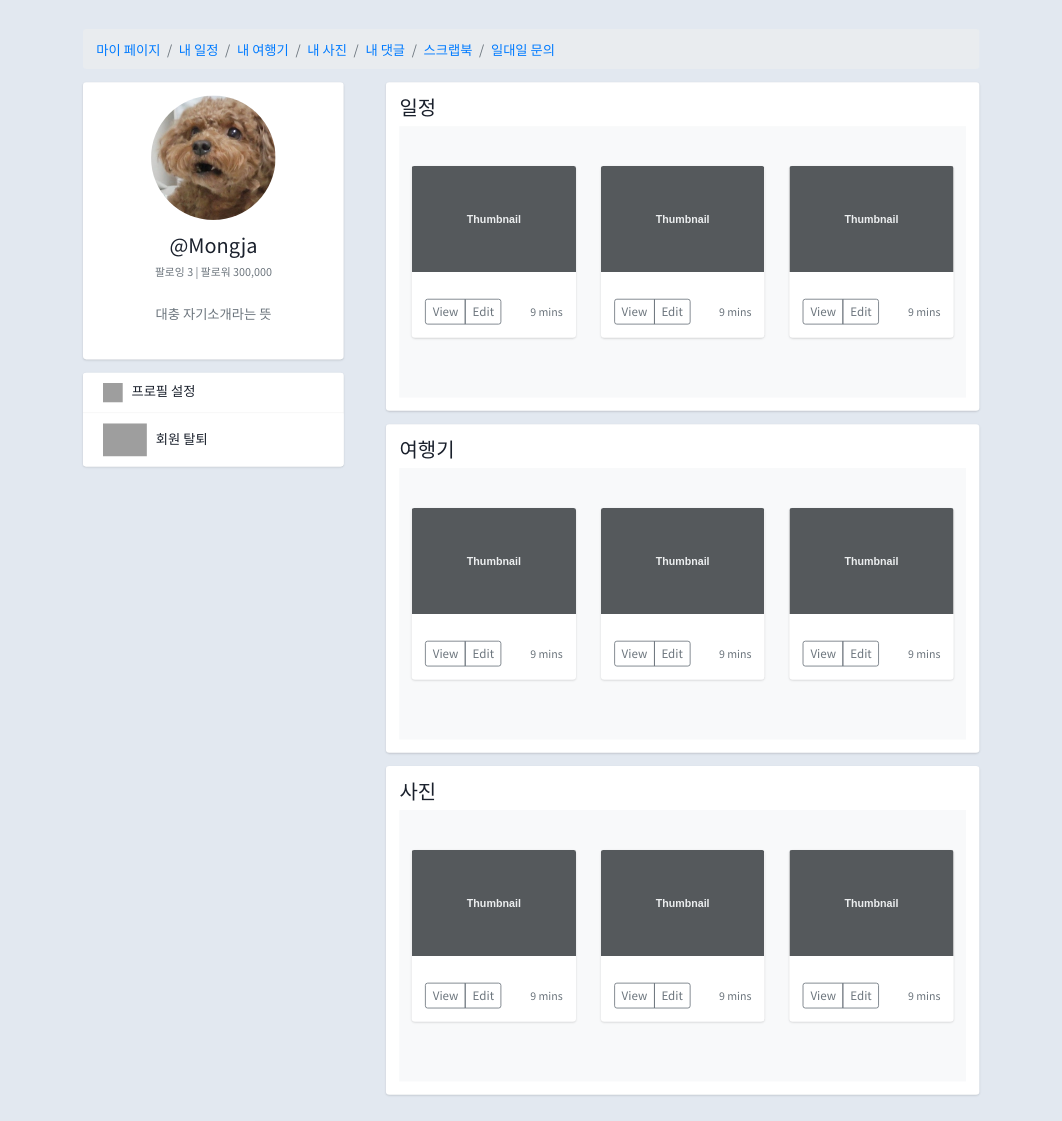
Repository: jangseohyun/LEGGO_2021
Page: http://localhost/PrjApp/Profile.jsp
The author's editor kept a copy of each file at every save. The page is drawn from the files as they stood at one save, then again after the next save.
The browser window is 1280 px wide. The pictures show the whole page, at 83% of full size.
Pictures or frames that could not be fetched are drawn as grey boxes. Some web libraries are served in a nearby version. The page is served by Tomcat 9. Other server files are loaded and not shown.

Above is the page before, as saved 2021-06-28 13:08:54.

### PrjApp/WebContent/Profile.jsp
<%@ page contentType="text/html; charset=UTF-8"%>
<%@ taglib prefix="c" uri="http://java.sun.com/jsp/jstl/core"%>
<%
	request.setCharacterEncoding("UTF-8");
String cp = request.getContextPath();
%>
<!DOCTYPE html>
<head>
<meta charset="utf-8">
<!--  This file has been downloaded from bootdey.com @bootdey on twitter -->
<!--  All snippets are MIT license http://bootdey.com/license -->
<title>ProfileTest.jsp</title>
<meta name="viewport" content="width=device-width, initial-scale=1">
<script src="https://code.jquery.com/jquery-1.10.2.min.js"></script>
<link
	href="https://cdn.jsdelivr.net/npm/bootstrap@4.4.1/dist/css/bootstrap.min.css"
	rel="stylesheet">
<script
	src="https://cdn.jsdelivr.net/npm/bootstrap@4.4.1/dist/js/bootstrap.bundle.min.js"></script>
<link rel="preconnect" href="https://fonts.googleapis.com">
<link rel="preconnect" href="https://fonts.gstatic.com" crossorigin>
<link
	href="https://fonts.googleapis.com/css2?family=Noto+Sans+KR:wght@400;700&display=swap"
	rel="stylesheet">
</head>
<body>
	<div class="container">
		<div class="main-body">

			<!-- 상단 메뉴 -->
			<nav aria-label="breadcrumb" class="main-breadcrumb">
				<ol class="breadcrumb">
					<li class="breadcrumb-item" aria-current="page"><a
						href="javascript:void(0)">마이 페이지</a></li>
					<li class="breadcrumb-item"><a href="">내 일정</a></li>
					<li class="breadcrumb-item"><a href="">내 여행기</a></li>
					<li class="breadcrumb-item"><a href="">내 사진</a></li>
					<li class="breadcrumb-item"><a href="">내 댓글</a></li>
					<li class="breadcrumb-item"><a href="">스크랩북</a></li>
					<li class="breadcrumb-item"><a href="">일대일 문의</a></li>
				</ol>
			</nav>

			<div class="row gutters-sm">
				<div class="col-md-4 mb-3">

					<!-- 프로필 -->
					<div class="card w-90">
						<div class="card-body">
							<div class="d-flex flex-column align-items-center text-center">
								<img src="images/profile_img_sample.jpg" alt="Admin"
									class="rounded-circle" width="150">
								<div class="mt-3">
									<h4>@Mongja</h4>
									<p class="text-secondary mb-1" style="font-size: 13px;">팔로잉
										3 | 팔로워 300,000</p>
									<br>
									<p class="text-secondary mb-1">대충 자기소개라는 뜻</p>
									<br>
									<!-- <button class="btn btn-primary">팔로우</button> -->
								</div>
							</div>
						</div>
					</div>

					<!-- 프로필 버튼 -->
					<div class="card mt-3 w-90">
						<ul class="list-group list-group-flush">
							<li class="list-group-item d-flex justify-content-between align-items-center flex-wrap">
								<h6 class="mb-0">
									&nbsp;<img
										src="https://image.flaticon.com/icons/png/512/3524/3524752.png"
										width="24" height="24">&nbsp;&nbsp;&nbsp;프로필 설정
								</h6>
							</li>
							<li class="list-group-item d-flex justify-content-between align-items-center flex-wrap">
								<h6 class="mb-0">
									&nbsp;<img
										src="https://image.flaticon.com/icons/png/512/2701/2701228.png"
										height="40">&nbsp;&nbsp;&nbsp;회원 탈퇴
								</h6>
							</li>
						</ul>
					</div>
				</div>

				<!-- 일정 -->
				<div class="col-md-8">
					<div class="card mb-3">
						<div class="card-body">
							<h4>일정</h4>
							<div class="album py-5 bg-light">
								<div class="container">

									<div class="row">
										<div class="col-md-4">
											<div class="card mb-4 box-shadow">
												<img class="card-img-top"
													data-src="holder.js/100px225?theme=thumb&amp;bg=55595c&amp;fg=eceeef&amp;text=Thumbnail"
													alt="Thumbnail [100%x225]"
													style="height: 100%; width: 100%; display: block;"
													src="data:[embedded picture, 710 characters]"
													data-holder-rendered="true">
												<div class="card-body">
													<p class="card-text"></p>
													<div
														class="d-flex justify-content-between align-items-center">
														<div class="btn-group">
															<button type="button"
																class="btn btn-sm btn-outline-secondary">View</button>
															<button type="button"
																class="btn btn-sm btn-outline-secondary">Edit</button>
														</div>
														<small class="text-muted">9 mins</small>
													</div>
												</div>
											</div>
										</div>
										<div class="col-md-4">
											<div class="card mb-4 box-shadow">
												<img class="card-img-top"
													data-src="holder.js/100px225?theme=thumb&amp;bg=55595c&amp;fg=eceeef&amp;text=Thumbnail"
													alt="Thumbnail [100%x225]"
													src="data:[embedded picture, 710 characters]"
													data-holder-rendered="true"
													style="height: 100%; width: 100%; display: block;">
												<div class="card-body">
													<p class="card-text"></p>
													<div
														class="d-flex justify-content-between align-items-center">
														<div class="btn-group">
															<button type="button"
																class="btn btn-sm btn-outline-secondary">View</button>
															<button type="button"
																class="btn btn-sm btn-outline-secondary">Edit</button>
														</div>
														<small class="text-muted">9 mins</small>
													</div>
												</div>
											</div>
										</div>
										<div class="col-md-4">
											<div class="card mb-4 box-shadow">
												<img class="card-img-top"
													data-src="holder.js/100px225?theme=thumb&amp;bg=55595c&amp;fg=eceeef&amp;text=Thumbnail"
													alt="Thumbnail [100%x225]"
													src="data:[embedded picture, 710 characters]"
													data-holder-rendered="true"
													style="height: 100%; width: 100%; display: block;">
												<div class="card-body">
													<p class="card-text"></p>
													<div
														class="d-flex justify-content-between align-items-center">
														<div class="btn-group">
															<button type="button"
																class="btn btn-sm btn-outline-secondary">View</button>
															<button type="button"
																class="btn btn-sm btn-outline-secondary">Edit</button>
														</div>
														<small class="text-muted">9 mins</small>
													</div>
												</div>
											</div>
										</div>
									</div>
								</div>
							</div>
						</div>
					</div>

					<!-- 여행기 -->
					<div class="card mb-3">
						<div class="card-body">
							<h4>여행기</h4>
							<div class="album py-5 bg-light">
								<div class="container">

									<div class="row">
										<div class="col-md-4">
											<div class="card mb-4 box-shadow">
												<img class="card-img-top"
													data-src="holder.js/100px225?theme=thumb&amp;bg=55595c&amp;fg=eceeef&amp;text=Thumbnail"
													alt="Thumbnail [100%x225]"
													style="height: 100%; width: 100%; display: block;"
													src="data:[embedded picture, 710 characters]"
													data-holder-rendered="true">
												<div class="card-body">
													<p class="card-text"></p>
													<div
														class="d-flex justify-content-between align-items-center">
														<div class="btn-group">
															<button type="button"
																class="btn btn-sm btn-outline-secondary">View</button>
															<button type="button"
																class="btn btn-sm btn-outline-secondary">Edit</button>
														</div>
														<small class="text-muted">9 mins</small>
													</div>
												</div>
											</div>
										</div>
										<div class="col-md-4">
											<div class="card mb-4 box-shadow">
												<img class="card-img-top"
													data-src="holder.js/100px225?theme=thumb&amp;bg=55595c&amp;fg=eceeef&amp;text=Thumbnail"
													alt="Thumbnail [100%x225]"
													src="data:[embedded picture, 710 characters]"
													data-holder-rendered="true"
													style="height: 100%; width: 100%; display: block;">
												<div class="card-body">
													<p class="card-text"></p>
													<div
														class="d-flex justify-content-between align-items-center">
														<div class="btn-group">
															<button type="button"
																class="btn btn-sm btn-outline-secondary">View</button>
															<button type="button"
																class="btn btn-sm btn-outline-secondary">Edit</button>
														</div>
														<small class="text-muted">9 mins</small>
													</div>
												</div>
											</div>
										</div>
										<div class="col-md-4">
											<div class="card mb-4 box-shadow">
												<img class="card-img-top"
													data-src="holder.js/100px225?theme=thumb&amp;bg=55595c&amp;fg=eceeef&amp;text=Thumbnail"
													alt="Thumbnail [100%x225]"
													src="data:[embedded picture, 710 characters]"
													data-holder-rendered="true"
													style="height: 100%; width: 100%; display: block;">
												<div class="card-body">
													<p class="card-text"></p>
													<div
														class="d-flex justify-content-between align-items-center">
														<div class="btn-group">
															<button type="button"
																class="btn btn-sm btn-outline-secondary">View</button>
															<button type="button"
																class="btn btn-sm btn-outline-secondary">Edit</button>
														</div>
														<small class="text-muted">9 mins</small>
													</div>
												</div>
											</div>
										</div>
									</div>
								</div>
							</div>
						</div>
					</div>

					<!-- 사진 -->
					<div class="card mb-3">
						<div class="card-body">
							<h4>사진</h4>
							<div class="album py-5 bg-light">
								<div class="container">

									<div class="row">
										<div class="col-md-4">
											<div class="card mb-4 box-shadow">
												<img class="card-img-top"
													data-src="holder.js/100px225?theme=thumb&amp;bg=55595c&amp;fg=eceeef&amp;text=Thumbnail"
													alt="Thumbnail [100%x225]"
													style="height: 100%; width: 100%; display: block;"
													src="data:[embedded picture, 710 characters]"
													data-holder-rendered="true">
												<div class="card-body">
													<p class="card-text"></p>
													<div
														class="d-flex justify-content-between align-items-center">
														<div class="btn-group">
															<button type="button"
																class="btn btn-sm btn-outline-secondary">View</button>
															<button type="button"
																class="btn btn-sm btn-outline-secondary">Edit</button>
														</div>
														<small class="text-muted">9 mins</small>
													</div>
												</div>
											</div>
										</div>
										<div class="col-md-4">
											<div class="card mb-4 box-shadow">
												<img class="card-img-top"
													data-src="holder.js/100px225?theme=thumb&amp;bg=55595c&amp;fg=eceeef&amp;text=Thumbnail"
													alt="Thumbnail [100%x225]"
													src="data:[embedded picture, 710 characters]"
													data-holder-rendered="true"
													style="height: 100%; width: 100%; display: block;">
												<div class="card-body">
													<p class="card-text"></p>
													<div
														class="d-flex justify-content-between align-items-center">
														<div class="btn-group">
															<button type="button"
																class="btn btn-sm btn-outline-secondary">View</button>
															<button type="button"
																class="btn btn-sm btn-outline-secondary">Edit</button>
														</div>
														<small class="text-muted">9 mins</small>
													</div>
												</div>
											</div>
										</div>
										<div class="col-md-4">
											<div class="card mb-4 box-shadow">
												<img class="card-img-top"
													data-src="holder.js/100px225?theme=thumb&amp;bg=55595c&amp;fg=eceeef&amp;text=Thumbnail"
													alt="Thumbnail [100%x225]"
													src="data:[embedded picture, 710 characters]"
													data-holder-rendered="true"
													style="height: 100%; width: 100%; display: block;">
												<div class="card-body">
													<p class="card-text"></p>
													<div
														class="d-flex justify-content-between align-items-center">
														<div class="btn-group">
															<button type="button"
																class="btn btn-sm btn-outline-secondary">View</button>
															<button type="button"
																class="btn btn-sm btn-outline-secondary">Edit</button>
														</div>
														<small class="text-muted">9 mins</small>
													</div>
												</div>
											</div>
										</div>
									</div>
								</div>
							</div>
						</div>
					</div>
				</div>

				<style type="text/css">
body {
	margin-top: 20px;
	color: #1a202c;
	text-align: left;
	background-color: #e2e8f0;
	font-family: 'Noto Sans KR', sans-serif;
}

.main-body {
	padding: 15px;
}

.card {
	box-shadow: 0 1px 3px 0 rgba(0, 0, 0, .1), 0 1px 2px 0
		rgba(0, 0, 0, .06);
}

.card {
	position: relative;
	display: flex;
	flex-direction: column;
	min-width: 0;
	word-wrap: break-word;
	background-color: #fff;
	background-clip: border-box;
	border: 0 solid rgba(0, 0, 0, .125);
	border-radius: .25rem;
}

.card-body {
	flex: 1 1 auto;
	min-height: 1px;
	padding: 1rem;
}

.gutters-sm {
	margin-right: -8px;
	margin-left: -8px;
}

.gutters-sm>.col, .gutters-sm>[class*=col-] {
	padding-right: 8px;
	padding-left: 8px;
}

.mb-3, .my-3 {
	margin-bottom: 1rem !important;
}

.bg-gray-300 {
	background-color: #e2e8f0;
}

.h-100 {
	height: 100% !important;
}

.shadow-none {
	box-shadow: none !important;
}

.w-90 {
	width: 90% !important;
}
</style>

				<script type="text/javascript">

				</script>
</body>
</html>

After the next save:
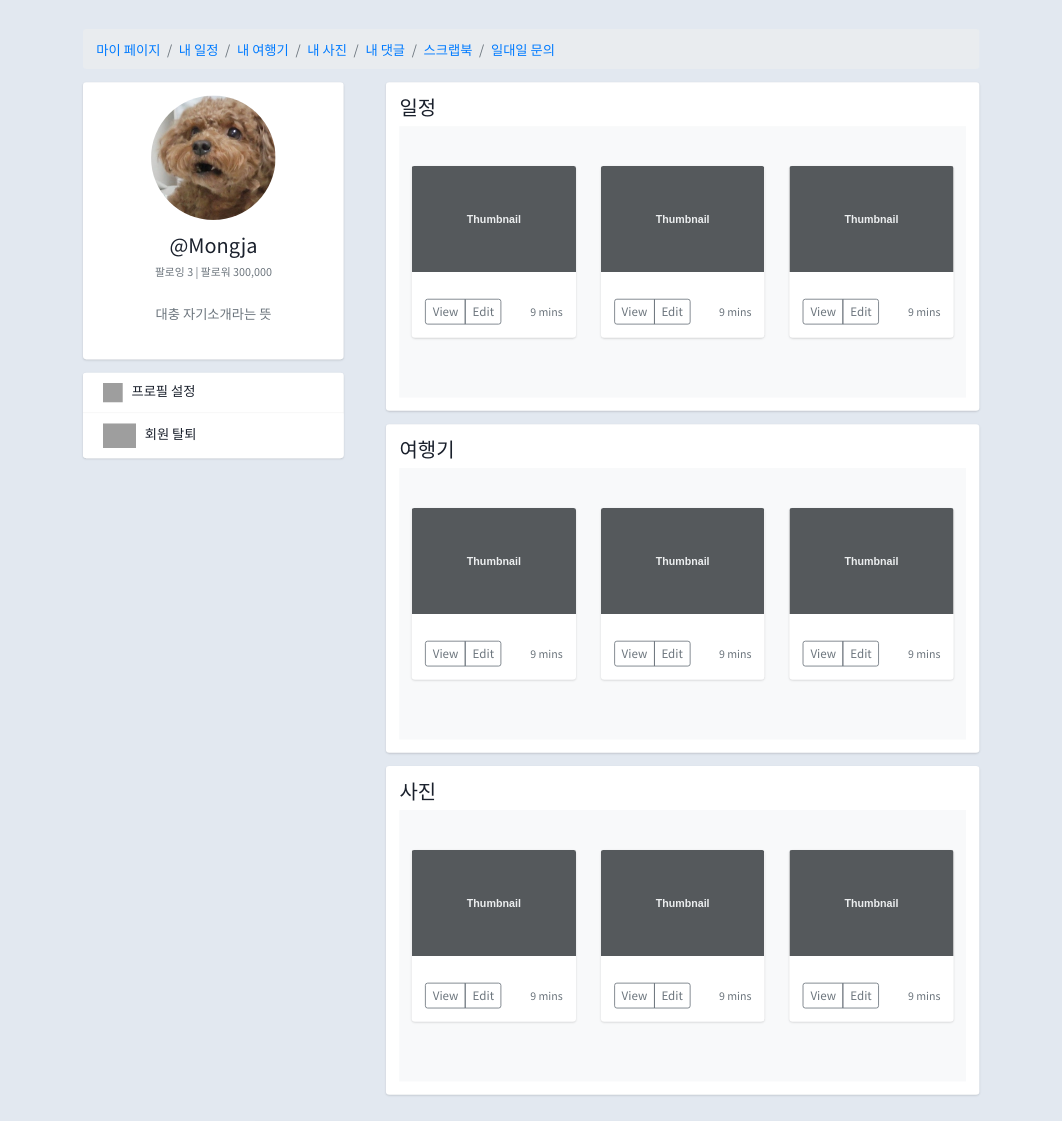
Saved 7 s later.
--- a/PrjApp/WebContent/Profile.jsp
+++ b/PrjApp/WebContent/Profile.jsp
@@ -77,7 +77,7 @@ String cp = request.getContextPath();
 								<h6 class="mb-0">
 									&nbsp;<img
 										src="https://image.flaticon.com/icons/png/512/2701/2701228.png"
-										height="40">&nbsp;&nbsp;&nbsp;회원 탈퇴
+										height="30">&nbsp;&nbsp;&nbsp;회원 탈퇴
 								</h6>
 							</li>
 						</ul>
